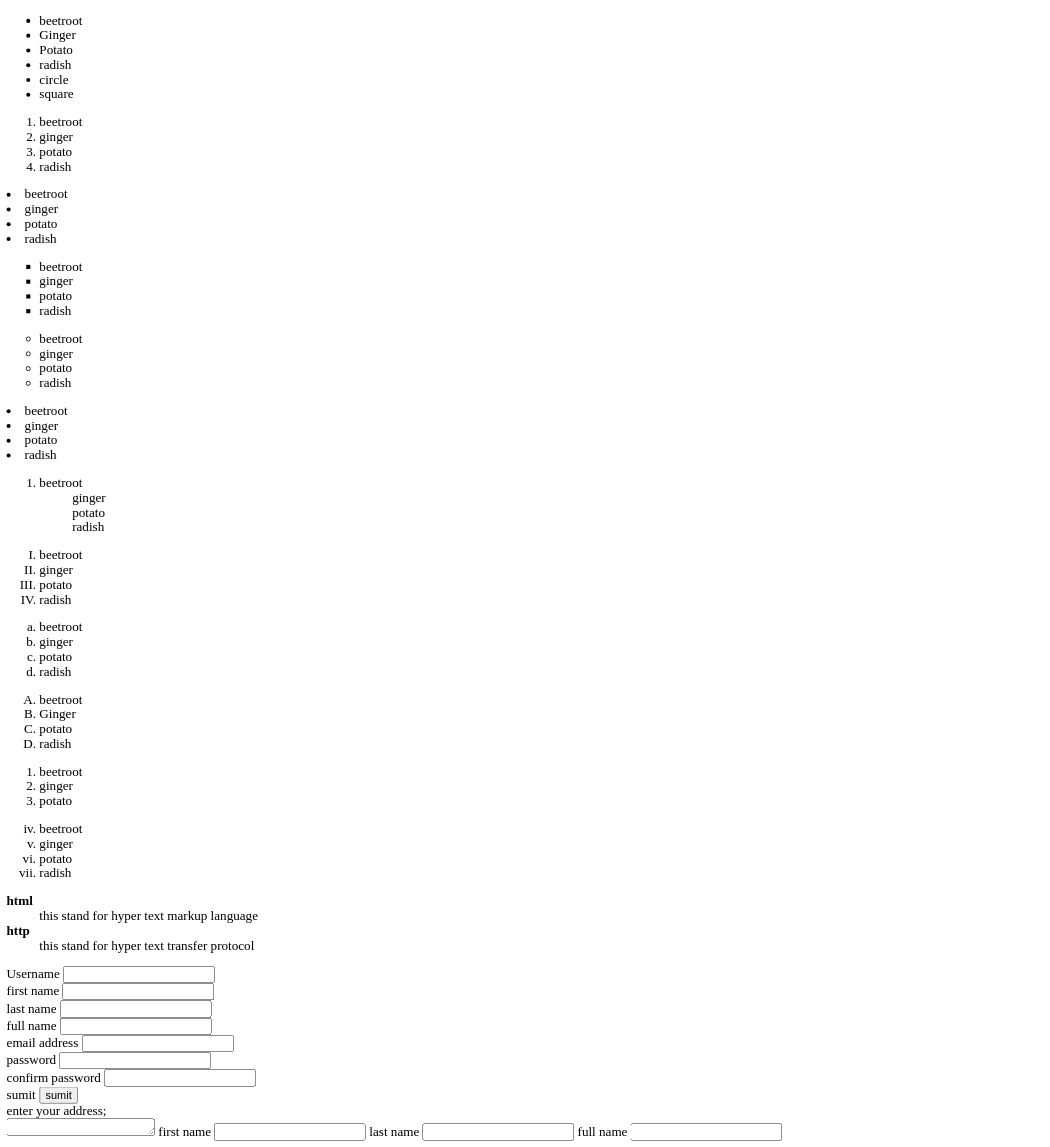
Repository: Achuut/first-code-lessons
Page: Achut.HTML
The author's editor kept a copy of each file at every save. The page is drawn from the files as they stood at one save, then again after a run of saves.
The browser window is 1280 px wide. The pictures show the whole page, at 82% of full size.

Above is the page before, as saved 2023-03-08 11:41:27.

### Achut.HTML
<!DOCTYPE html>
<html lang="en">
<head>
    <meta charset="UTF-8">
    <meta http-equiv="X-UA-Compatible" content="IE=edge">
    <meta name="viewport" content="width=device-width, initial-scale=1.0">
    <title>Document</title>
    <link rel="stylesheet" href="/Mijak.CSS">

</head>
<body>
    <ul>
        <li>beetroot</li>
        <li>Ginger</li>
        <li>Potato</li>
        <li>radish</li>
        <li>circle</li>
        <li>square</li>
    </ul>
    <ol>
        <li>beetroot</li>
        <li>ginger</li>
        <li>potato</li>
        <li>radish</li>
    </ol>
     <dl>
        <li>beetroot</li>
        <li>ginger</li>
        <li>potato</li>
        <li>radish</li>
     </dl>
     <ul type ="square">
        <li>beetroot</li>
        <li>ginger</li>
        <li>potato</li>
        <li>radish</li>
     </ul>
     <ul type ="circle">
        <li>beetroot</li>
        <li>ginger</li>
        <li>potato</li>
        <li>radish</li>
    </ul type = "disc">
      <li>beetroot</li>
      <li>ginger</li>
      <li>potato</li>
      <li>radish</li>
      <ol types = "i">
        <li>beetroot</li>
        <ol>ginger</ol>
        <ol>potato</ol>
        <ol>radish</ol>
      </ol>
      <ol type = "I">
        <li>beetroot</li>
        <li>ginger</li>
        <li>potato</li>
        <li>radish</li>
      </ol>
      <ol type = "a">
        <li>beetroot</li>
        <li>ginger</li>
        <li>potato</li>
        <li>radish</li>
      </ol>
      <ol type = "A">
        <li>beetroot</li>
        <LI>Ginger</LI>
        <LI>potato</LI>
        <li>radish</li>
      </ol>
      <ol>
        <li>beetroot</li>
        <li>ginger</li>
        <li>potato</li>
      </ol>
      <ol type = "i" start = "4">
        <li>beetroot</li>
        <li>ginger</li>
        <li>potato</li>
        <li>radish</li>
      </ol>
      <dl>
        <dt>
          <b>html</b></dt>
          <dd>this stand for hyper text markup language</dd>
          <dt><b>http</b></dt>
          <dd>this stand for hyper text transfer protocol</dd>
      </dl>
      <Form>
        Username <input type="text" name="username"><br>
        first name <input type="text" name="firstname"><br>
        last name <input type="text" name="lastname"><br>
        full name <input type="text" name="fullname"><br>
        email address <input type="email" name="email"><br>
        password <input type="password" name="password"><br>
        confirm password <input type="text" name="confirm password"><br>
        sumit <button>sumit</button>
      </Form>
      <form>
      enter your address;<br>
      <textarea name="2" id="" cols="20" rows="1"></textarea>
      first name <input type="text" name="firstname">
      last name <input type="text" name="lastname">
      full name <input type="text" name="fullname">

      </form>
</body>

Loaded but not shown: Mijak.CSS (no stored copy; drawn as an empty file)

After the next 4 saves:
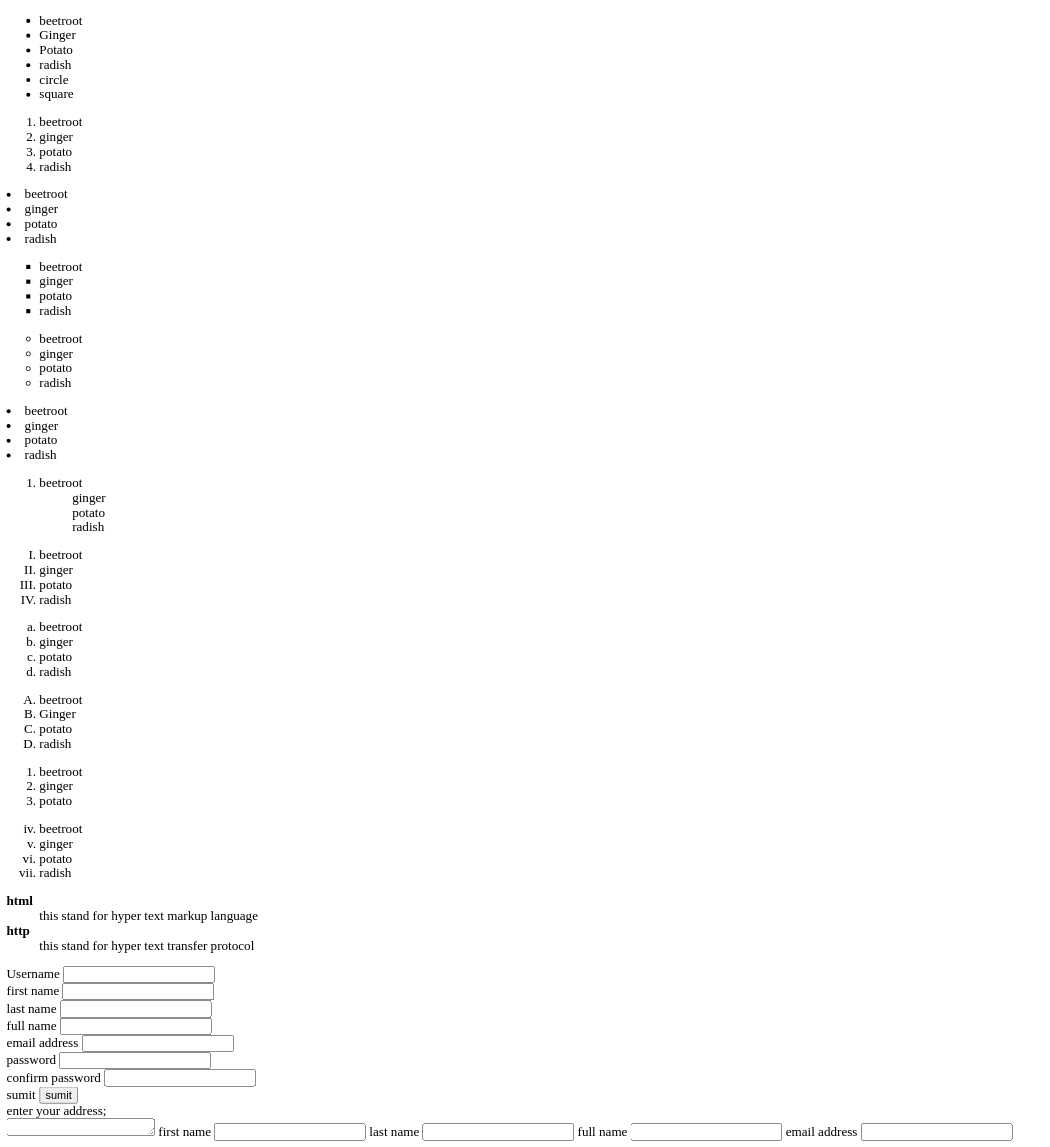
The 4 saves are shown as one change because they came seconds apart.
The last was saved 13 s later.
--- a/Achut.HTML
+++ b/Achut.HTML
@@ -103,6 +103,6 @@
       first name <input type="text" name="firstname">
       last name <input type="text" name="lastname">
       full name <input type="text" name="fullname">
-
+      email address <input type="text">
       </form>
 </body>
